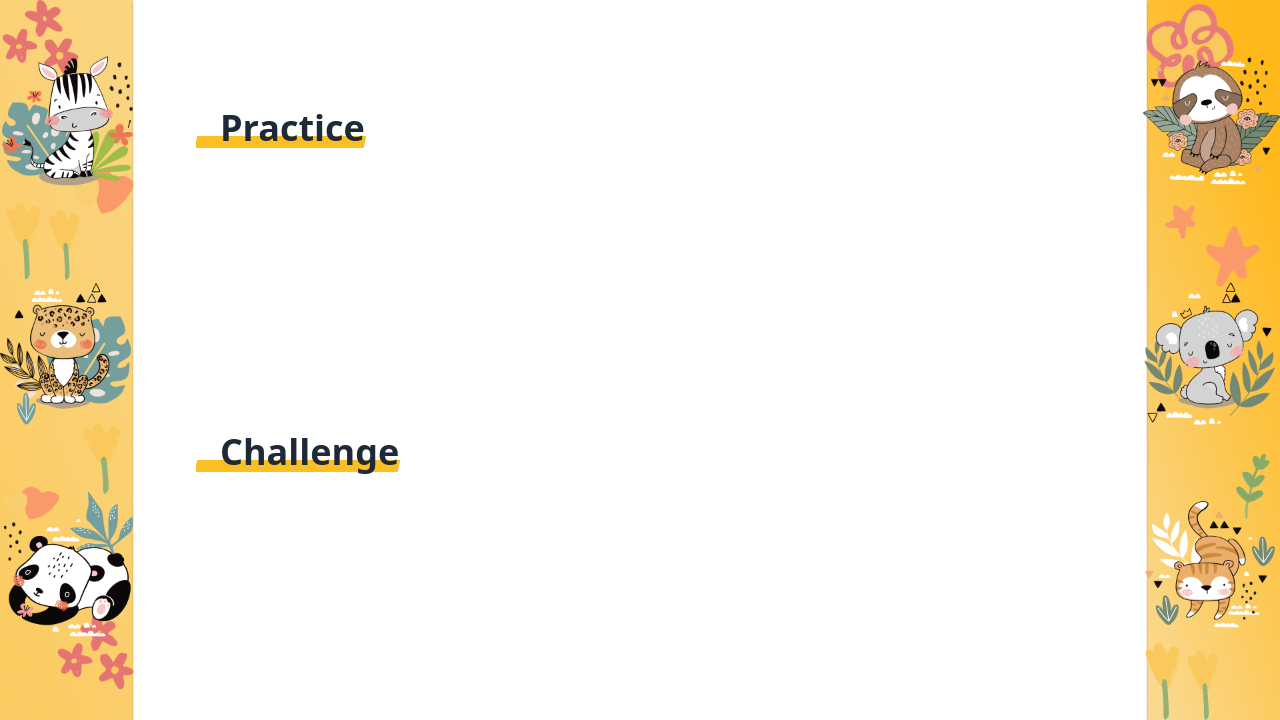
Repository: Jayhawk2000/AR_Game_DCD_Children
Page: homepage.html
The author's editor kept a copy of each file at every save. The page is drawn from the files as they stood at one save, then again after the next save.
The browser window is 1280 px wide. The pictures show the whole page.

Above is the page before, as saved 2024-10-16 13:37:34.

After the next save:
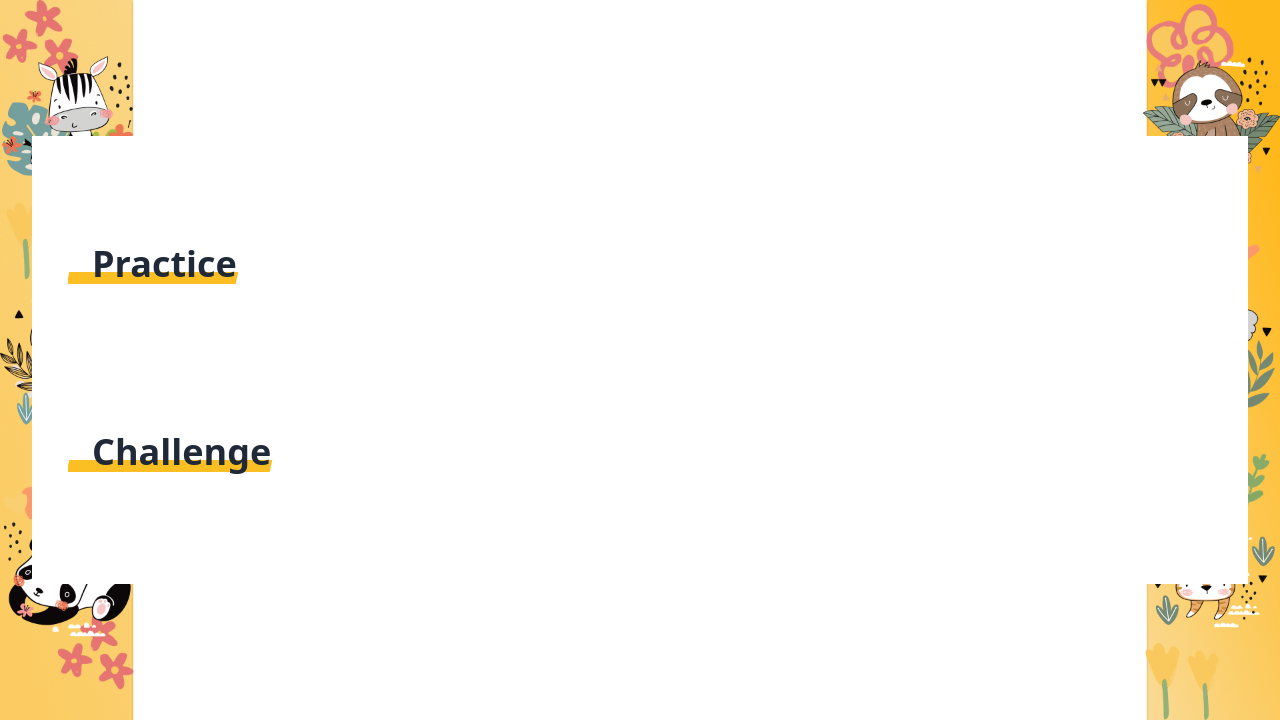
Saved 104 s later.
--- a/homepage.html
+++ b/homepage.html
@@ -27,8 +27,10 @@
     }
 
     .content {
-        width: 75vw;
-        height: 100%;
+        width: 95vw; /* 增加宽度 */
+        max-width: 1600px; /* 设置最大宽度 */
+        margin: 0 auto; /* 居中 */
+        overflow-x: hidden; /* 防止水平滚动 */
         background-color: white;
         display: flex;
         flex-direction: column;
@@ -66,7 +68,13 @@
         box-shadow: 0 20px 40px rgba(0,0,0,0.3), 0 12px 12px rgba(0,0,0,0.2);
     }
     .card-slider {
-        padding-bottom: 20px; /* 添加底部填充以显示阴影 */
+        overflow-x: auto;
+        padding-bottom: 20px;
+        margin: 0 -20px; /* 添加负边距以抵消内边距 */
+        flex: 1;
+        flex-direction: column;
+        justify-content: center;
+        align-items: center;
     }
 </style>
 </head>

After the 2 saves that followed:
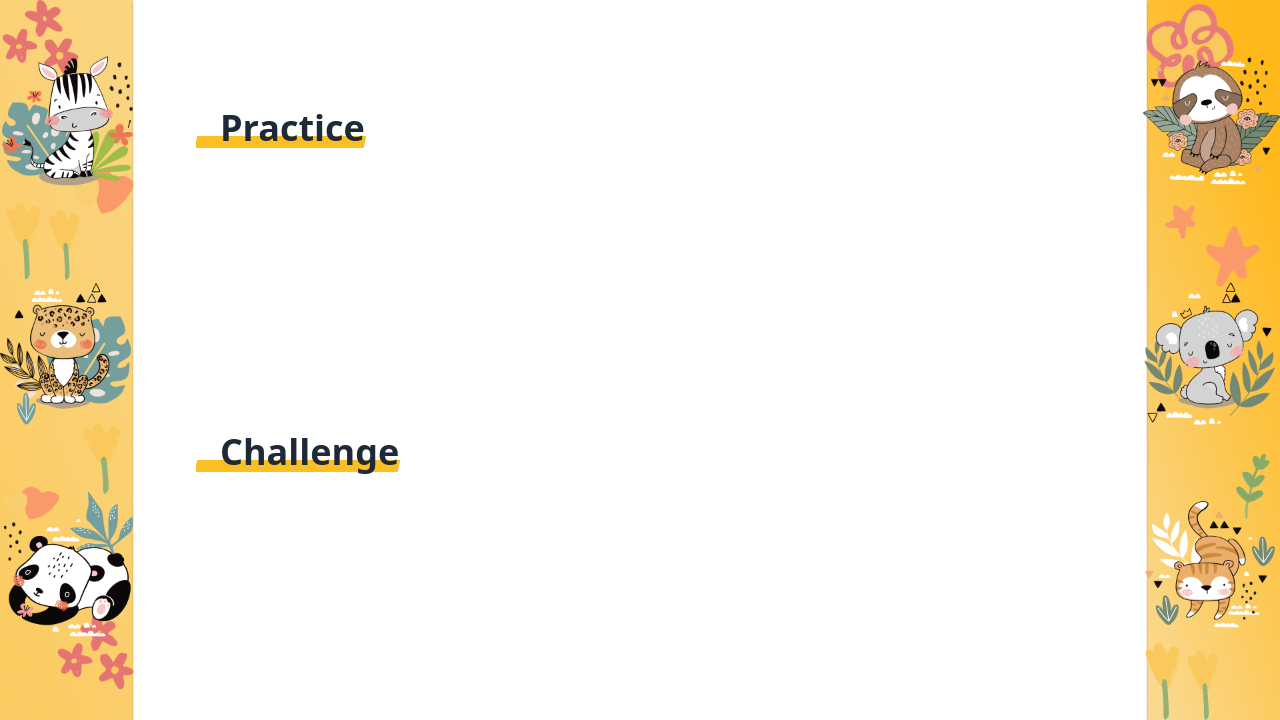
The 2 saves are shown as one change because 1 left the picture as it was.
The last was saved 18 s later.
--- a/homepage.html
+++ b/homepage.html
@@ -27,10 +27,8 @@
     }
 
     .content {
-        width: 95vw; /* 增加宽度 */
-        max-width: 1600px; /* 设置最大宽度 */
-        margin: 0 auto; /* 居中 */
-        overflow-x: hidden; /* 防止水平滚动 */
+        width: 75vw;
+        height: 100%;
         background-color: white;
         display: flex;
         flex-direction: column;
@@ -68,13 +66,7 @@
         box-shadow: 0 20px 40px rgba(0,0,0,0.3), 0 12px 12px rgba(0,0,0,0.2);
     }
     .card-slider {
-        overflow-x: auto;
-        padding-bottom: 20px;
-        margin: 0 -20px; /* 添加负边距以抵消内边距 */
-        flex: 1;
-        flex-direction: column;
-        justify-content: center;
-        align-items: center;
+        padding-bottom: 20px; /* 添加底部填充以显示阴影 */
     }
 </style>
 </head>
